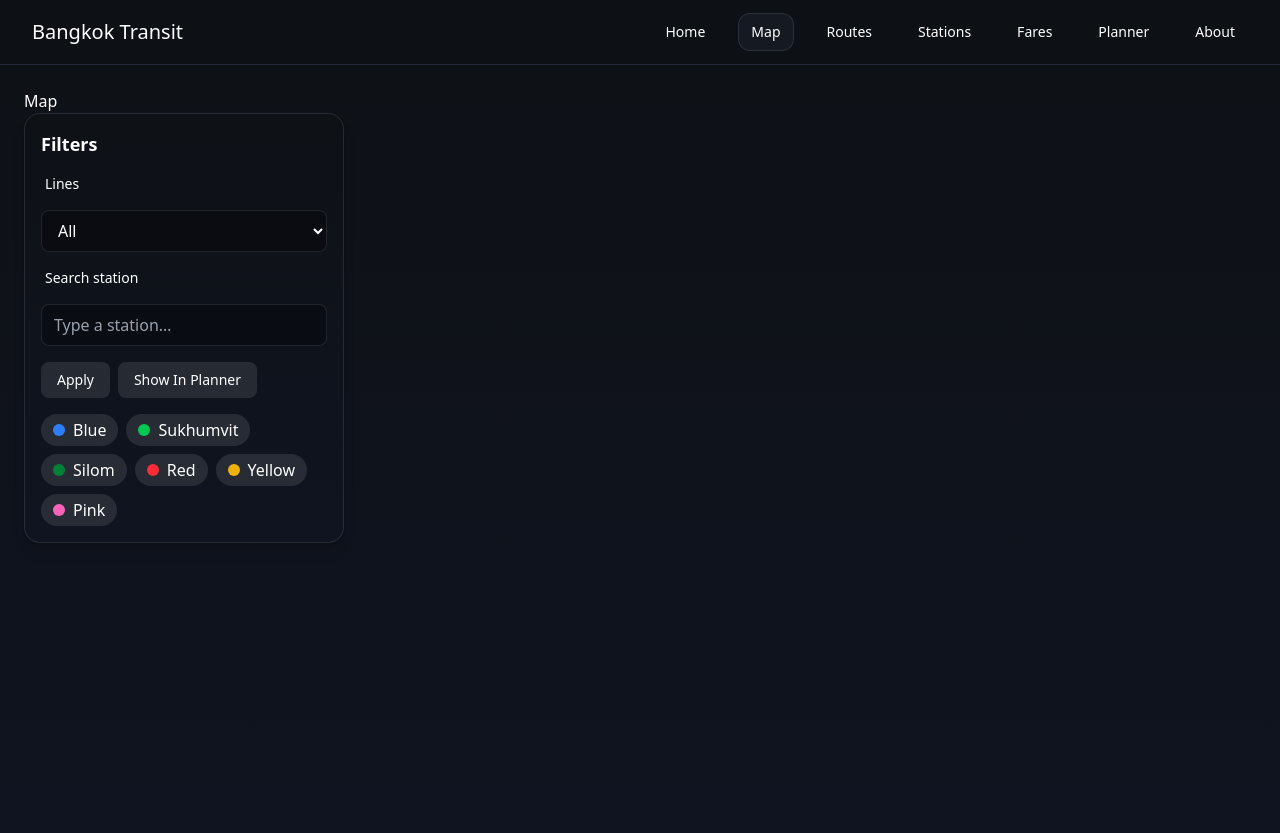
Repository: pyaestk/Bangkok-transit-map
Page: /map
The author's editor kept a copy of each file at every save. The page is drawn from the files as they stood at one save, then again after the next save.
The browser window is 1280 px wide. The pictures show the whole page.
The project was rebuilt for these pictures with package versions that can differ from the ones it lists, and the page was loaded fresh each time. Also part of the build but not shown: vite.config.ts, src/pages/Home.tsx, src/pages/Planner.tsx, src/pages/Stations.tsx, src/pages/TrainRoutes.tsx, src/pages/Fares.tsx, src/pages/About.tsx.

Above is the page before, as saved 2025-10-04 10:03:17.

After the next save:
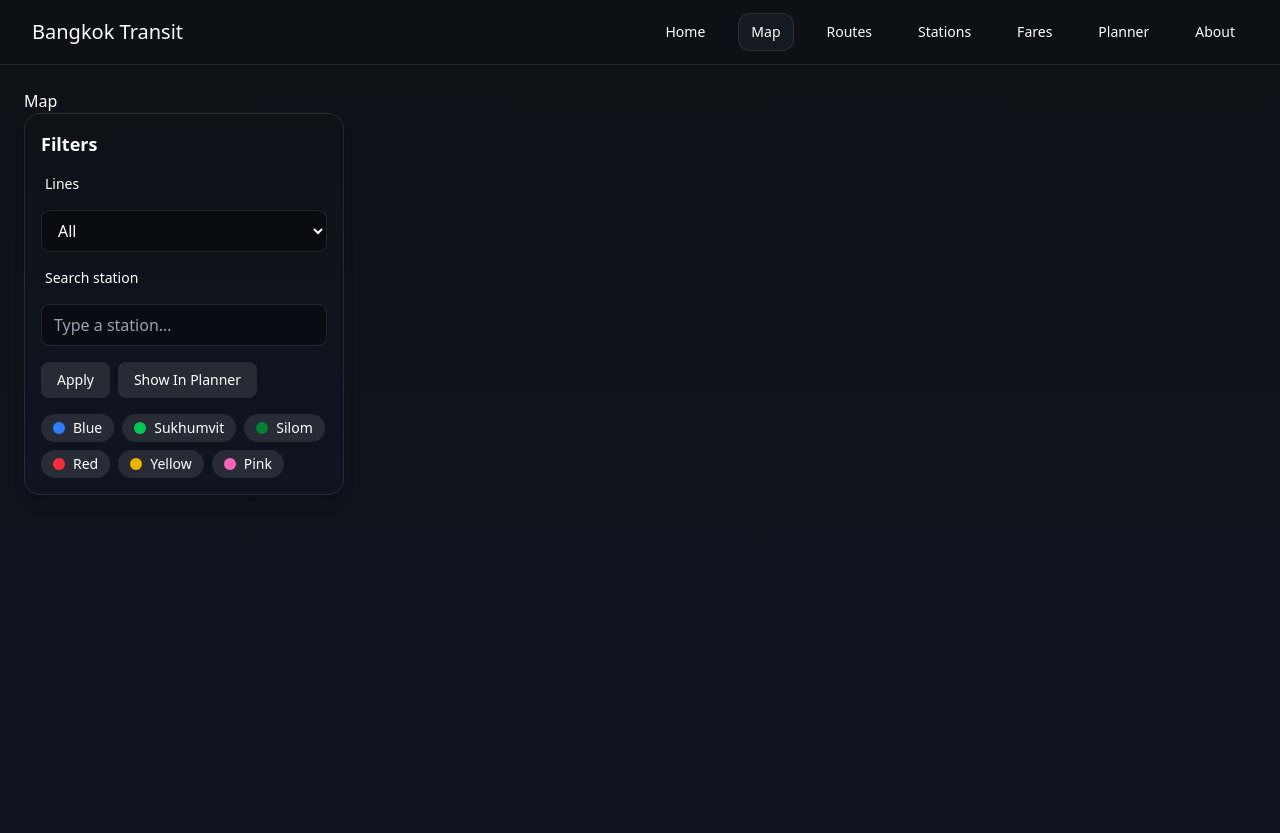
Saved 6 s later.
--- a/src/component/FiltersCard.tsx
+++ b/src/component/FiltersCard.tsx
@@ -27,7 +27,7 @@ export default function FiltersCard() {
       </div>
 
       {/* Line Pills */}
-      <div className="flex flex-wrap gap-2 mt-4">
+      <div className="flex flex-wrap gap-2 mt-4 text-sm">
         <span className="flex items-center px-3 py-1 rounded-full bg-white/10">
           <span className="w-3 h-3 rounded-full bg-blue-500 mr-2"></span>
           Blue
